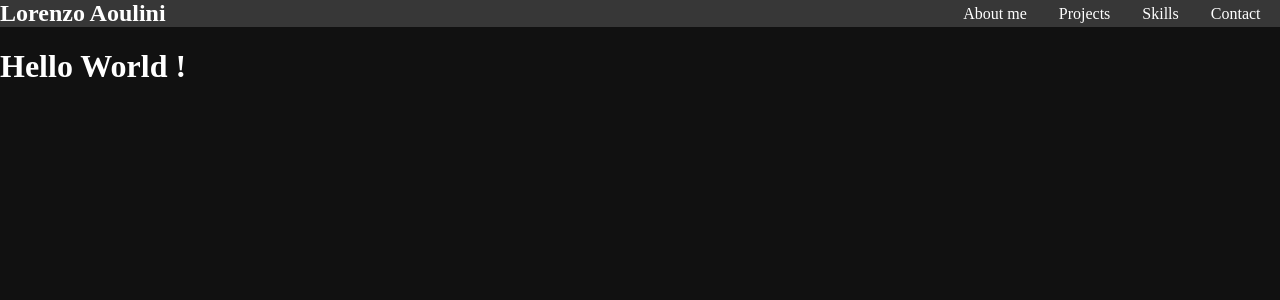
Repository: lolo298/lolo298.github.io
Page: index.html
An editor plug-in stored every save of this project. The page is shown before and after the next save, followed by the edit.
The browser window is 1280 px wide. The pictures show the whole page.

Above is the page before, as saved 2022-05-09 17:17:25.

### index.html
<!DOCTYPE html>
<html lang="en">

<head>
    <meta charset="UTF-8">
    <meta http-equiv="X-UA-Compatible" content="IE=edge">
    <meta name="viewport" content="width=device-width, initial-scale=1.0">
    <link rel="stylesheet" href="css/style.css">
    <title>Portfolio</title>
</head>

<body>
    <div class="main-container">
        <nav class="main-navbar">
            <h1>Lorenzo Aoulini</h1>
            <ul class="main-navbar-list">
                <li class="main-navbar-item">
                    <a href="#">About me</a>
                </li>
                <li class="main-navbar-item">
                    <a href="#">Projects</a>
                </li>
                <li class="main-navbar-item">
                    <a href="#">Skills</a>
                </li>
                <li class="main-navbar-item">
                    <a href="#">Contact</a>
                </li>
        </nav>
        <h1>Hello World !</h1>

    </div>

</body>

</html>

### css/style.css
html {
    background-color: #111111;
}

body {
    padding: 0;
    margin: 0;
}

.main-container {
    color: white;
    height: 100%;
    width: 100%;
}

.main-navbar {
    background-color: #373737;
    height: 10%;
    width: 100%;
    display: flex;
    justify-content: space-between;
    align-items: center;
}

.main-navbar>* {
    margin: 0;
}

.main-navbar-list {
    width: 25%;
    display: flex;
    flex-direction: row;
    align-items: center;
    list-style: none;
    margin-right: 1%;
    height: 100%;
}

.main-navbar-item {
    padding: 0% 5% 0% 5%;
    display: flex;
    justify-content: center;
    align-items: center;
    height: 100%;
}

.main-navbar-item>a {
    vertical-align: middle;
    text-decoration: none;
    color: white;
    width: max-content;
    height: 100%;
}

.main-navbar-item:hover {
    background-color: #6A6A6A;
}

After the next save:
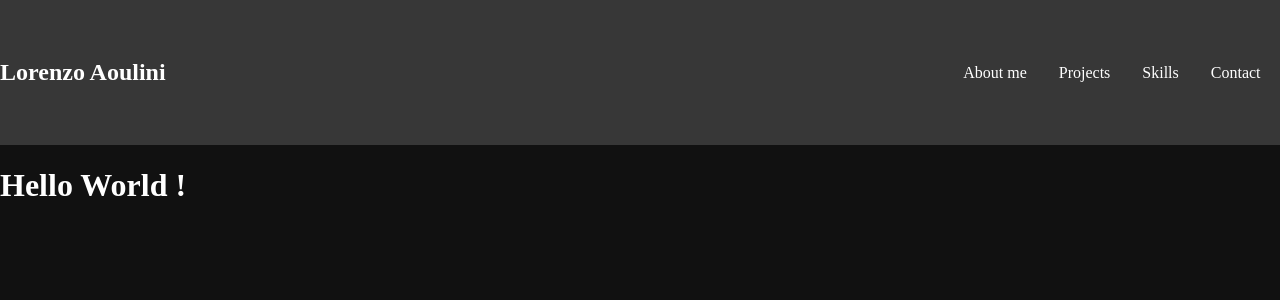
Saved 48 s later.
--- a/css/style.css
+++ b/css/style.css
@@ -37,11 +37,11 @@ body {
 }
 
 .main-navbar-item {
+    height: 100%;
     padding: 0% 5% 0% 5%;
     display: flex;
     justify-content: center;
     align-items: center;
-    height: 100%;
 }
 
 .main-navbar-item>a {
@@ -50,6 +50,7 @@ body {
     color: white;
     width: max-content;
     height: 100%;
+    padding: 100% 0% 100% 0%;
 }
 
 .main-navbar-item:hover {
